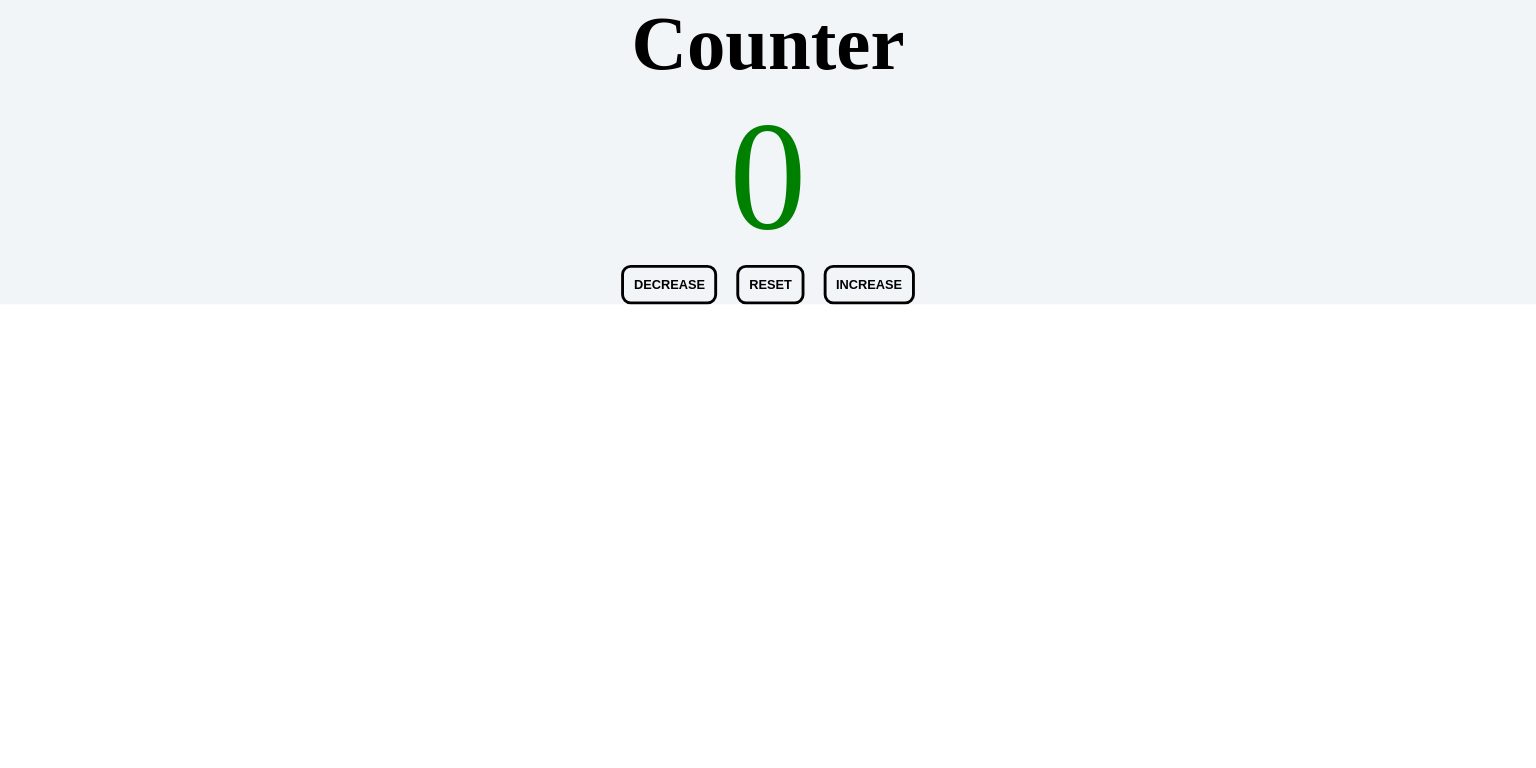
Repository: imokha01/createCounter
Page: index.html
The author's editor kept a copy of each file at every save. The page is drawn from the files as they stood at one save, then again after a run of saves.
The browser window is 1280 px wide. The page is 1600 px wide, then 1280 px, so the pictures cover 1600 px, including what lies to the right of the window. The pictures show the whole page, at 96% of full size.

Above is the page before, as saved 2024-01-17 17:10:59.

### index.html
<!DOCTYPE html>
<html lang="en">
  <head>
    <meta charset="UTF-8" />
    <meta name="viewport" content="width=device-width, initial-scale=1.0" />
    <link rel="stylesheet" href="style.css" />
    <title>Document</title>
  </head>
  <body>
    <div class="main">
      <h1>Counter</h1>
      <div id="countDisplay" value="0">0</div>
      <div class="controls">
        <button id="decrease">DECREASE</button>
        <button id="reset">RESET</button>
        <button id="increase">INCREASE</button>
      </div>
    </div>
    <script src="./index.js"></script>
  </body>
</html>

### style.css
* {
    margin: 0;
    padding: 0;
    box-sizing: border-box;
}

body{
    width: 100rem;
    height: 50rem;
}
.main {
    display: flex;
    flex-direction: column;
    justify-content: center;
    align-items: center;
    background-color: #f1f5f8;

}

h1 {
    font-size: 5rem;
}

#countDisplay {
    color: green;
    font-size: 10rem;

}

.controls {
    display: flex;
    gap: 20px;
}

.controls > button {
    padding: 10px;
    border: 3px solid black;
    border-radius: 10px;
    font-weight: 700;
    background-color: transparent;
    cursor: pointer;
}

Loaded but not shown: index.js (no copy from this time; the picture is the same without it)

After the next 2 saves:
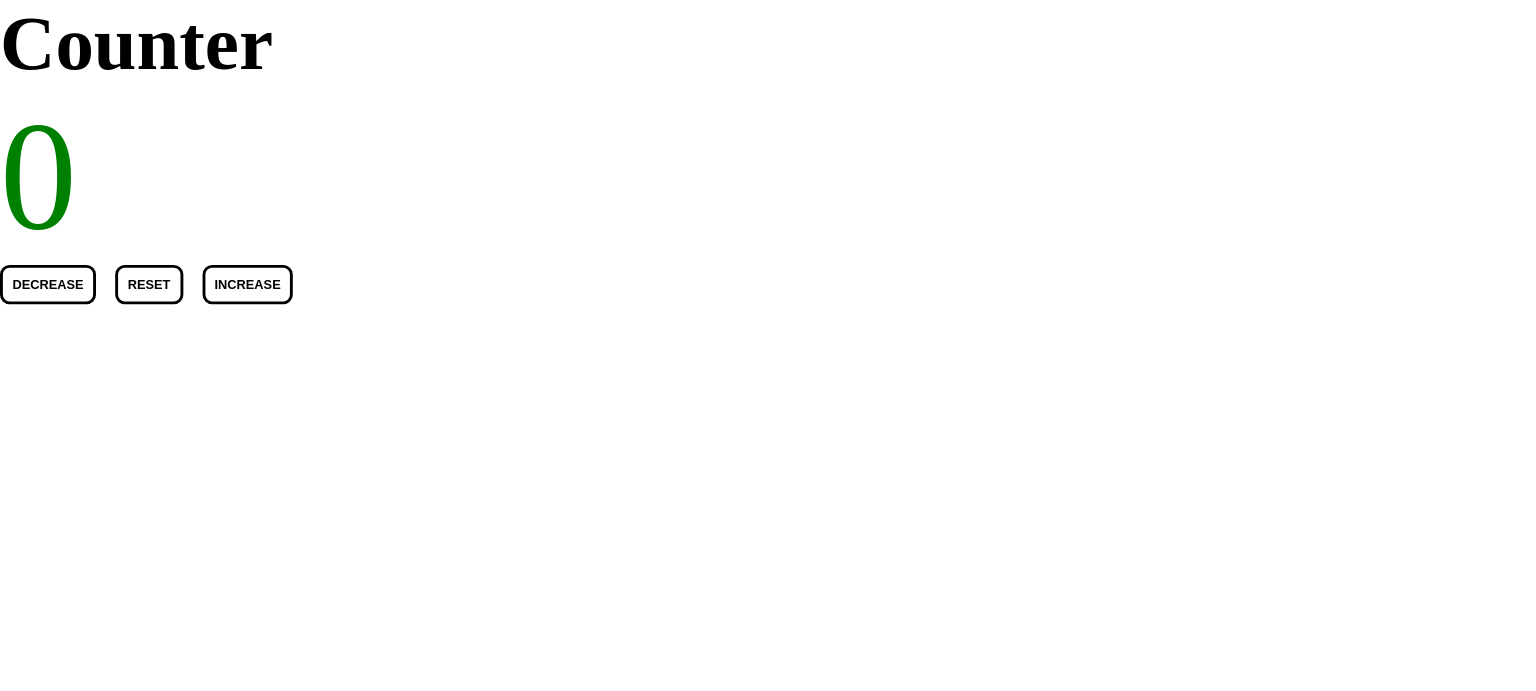
The 2 saves are shown as one change because they came seconds apart.
The last was saved 16 s later.
--- a/style.css
+++ b/style.css
@@ -4,7 +4,6 @@
     box-sizing: border-box;
 }
 
-body{
     width: 100rem;
     height: 50rem;
 }
